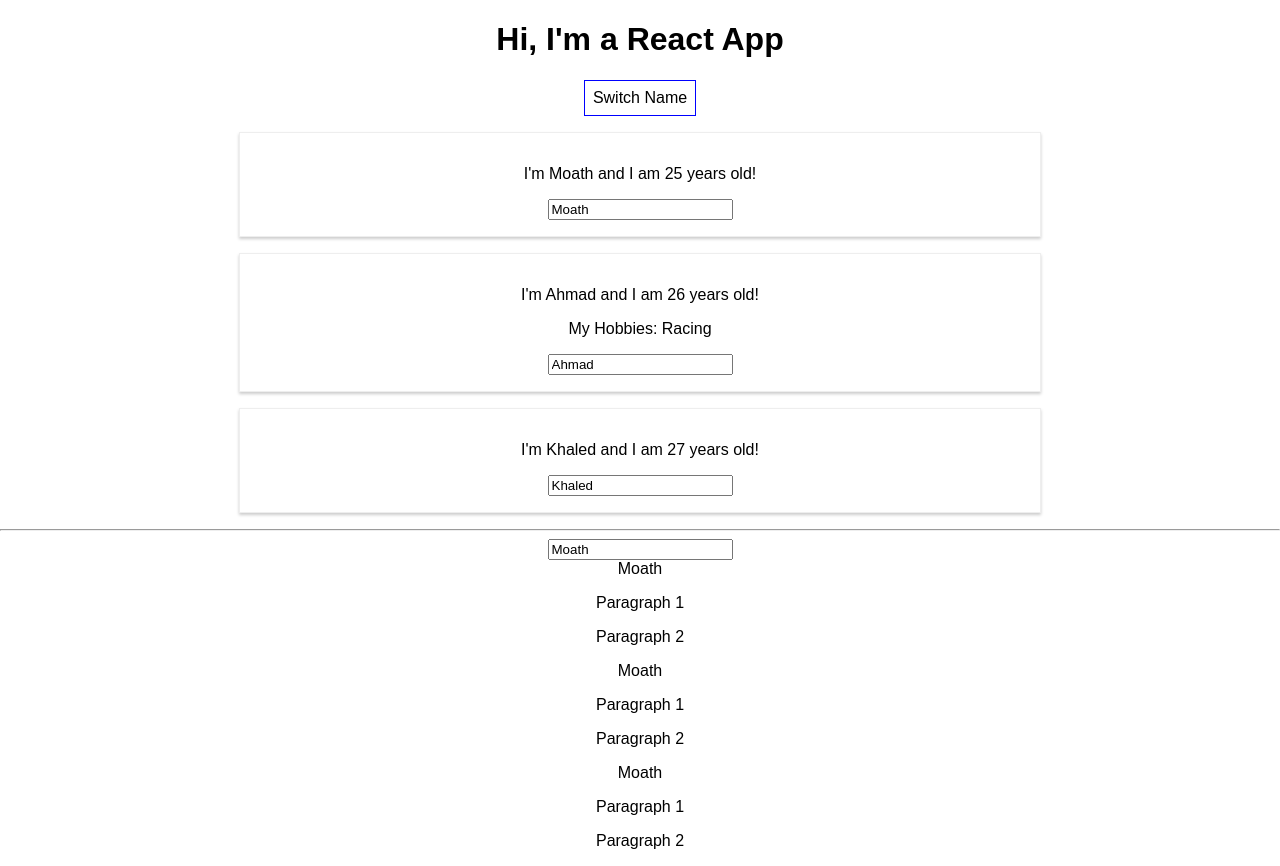
Repository: MuathYHKefayah/React-Basics
Page: /
The author's editor kept a copy of each file at every save. The page is drawn from the files as they stood at one save, then again after the next save.
The browser window is 1280 px wide. The pictures show the whole page.
The project was rebuilt for these pictures with package versions that can differ from the ones it lists, and the page was loaded fresh each time.

Above is the page before, as saved 2020-12-12 10:12:50.

After the next save:
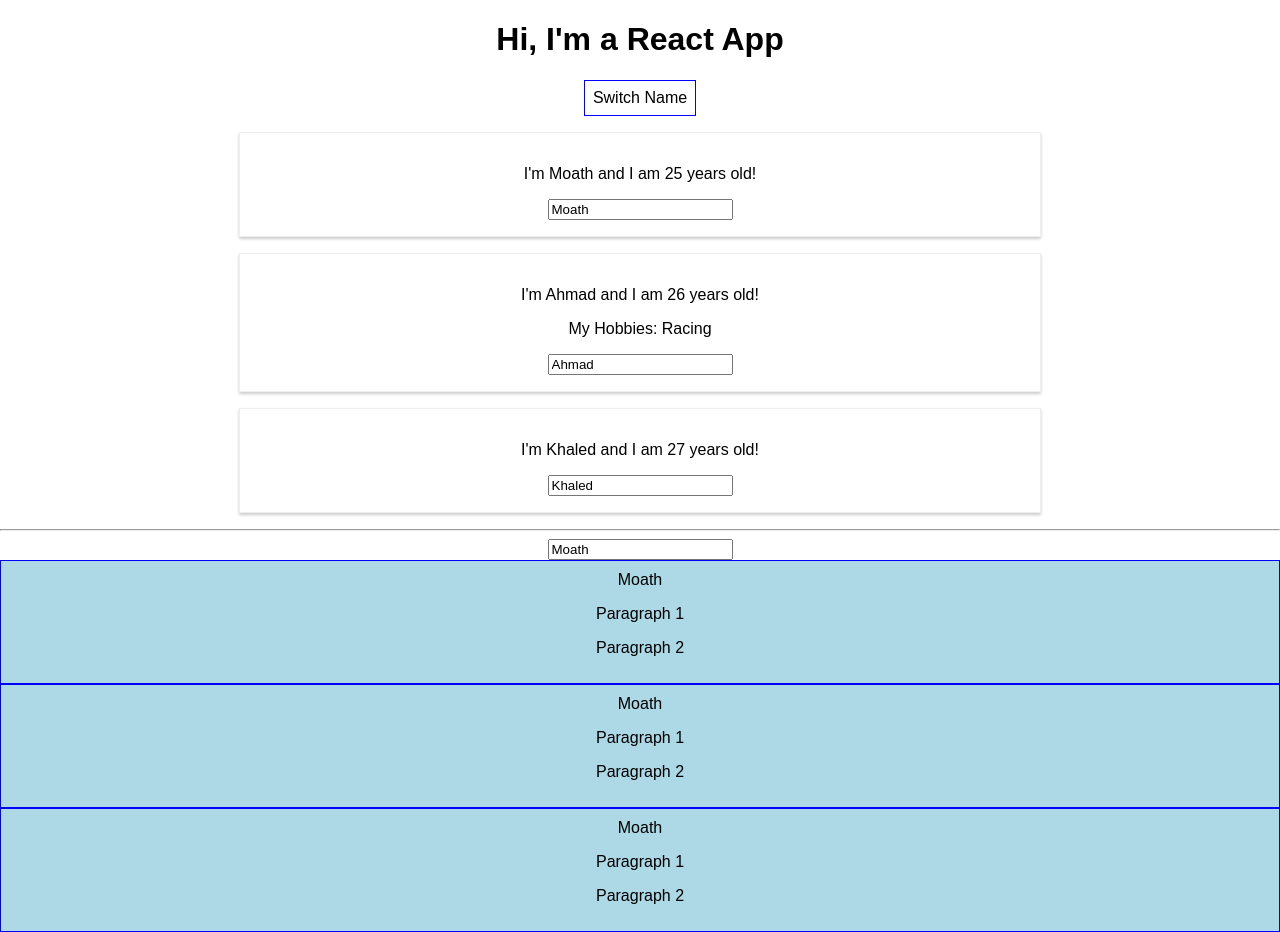
Saved 49 s later.
--- a/src/UserOutput/UserOutput.js
+++ b/src/UserOutput/UserOutput.js
@@ -1,4 +1,5 @@
 import React, { Component } from 'react';
+import './UserOutput.css'
 
 class UserOutput extends Component {
     render(){
